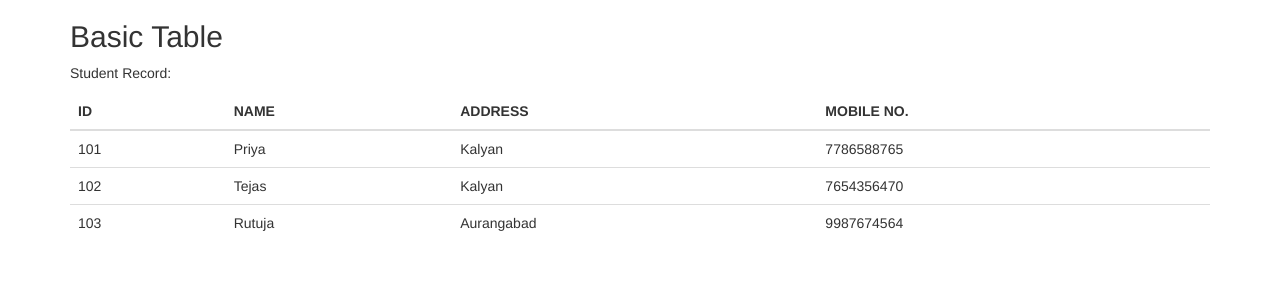
Repository: priyankateli27/priyanka
Page: SirAssignment/src/main/webapp/Entry_table.html
The author's editor kept a copy of each file at every save. The page is drawn from the files as they stood at one save, then again after the next save.
The browser window is 1280 px wide. The pictures show the whole page.

Above is the page before, as saved 2016-07-14 11:28:28.

### SirAssignment/src/main/webapp/Entry_table.html
<!DOCTYPE html>
<html lang="en">
<head>
  <title>Bootstrap Example</title>
  <meta charset="utf-8">
  <meta name="viewport" content="width=device-width, initial-scale=1">
  <link rel="stylesheet" href="http://maxcdn.bootstrapcdn.com/bootstrap/3.3.6/css/bootstrap.min.css">
  <script src="https://ajax.googleapis.com/ajax/libs/jquery/1.12.4/jquery.min.js"></script>
  <script src="http://maxcdn.bootstrapcdn.com/bootstrap/3.3.6/js/bootstrap.min.js"></script>
</head>
<body>

<div class="container">
  <h2>Basic Table</h2>
  <p>Student Record:</p>
  <table class="table">
    <thead>
      <tr>
        <th>ID</th>
        <th>NAME</th>
        <th>ADDRESS</th>
        <th>MOBILE NO.</th>
      </tr>
    </thead>
    <tbody>
      <tr>
        <td>101</td>
        <td>Priya</td>
        <td>Kalyan</td>
        <td>7786588765</td>
      </tr>
      <tr>
        <td>102</td>
        <td>Tejas</td>
        <td>Kalyan</td>
        <td>7654356470</td>
      </tr>
      <tr>
        <td>103</td>
        <td>Rutuja</td>
        <td>Aurangabad</td>
        <td>9987674564</td>
      </tr>
    </tbody>
  </table>
</div>

</body>
</html>

After the next save:
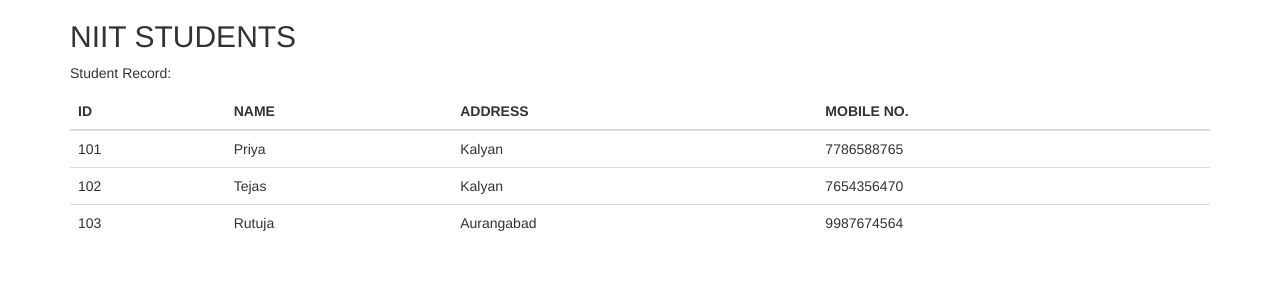
Saved 71 s later.
--- a/SirAssignment/src/main/webapp/Entry_table.html
+++ b/SirAssignment/src/main/webapp/Entry_table.html
@@ -11,7 +11,7 @@
 <body>
 
 <div class="container">
-  <h2>Basic Table</h2>
+  <h2>NIIT STUDENTS</h2>
   <p>Student Record:</p>
   <table class="table">
     <thead>
